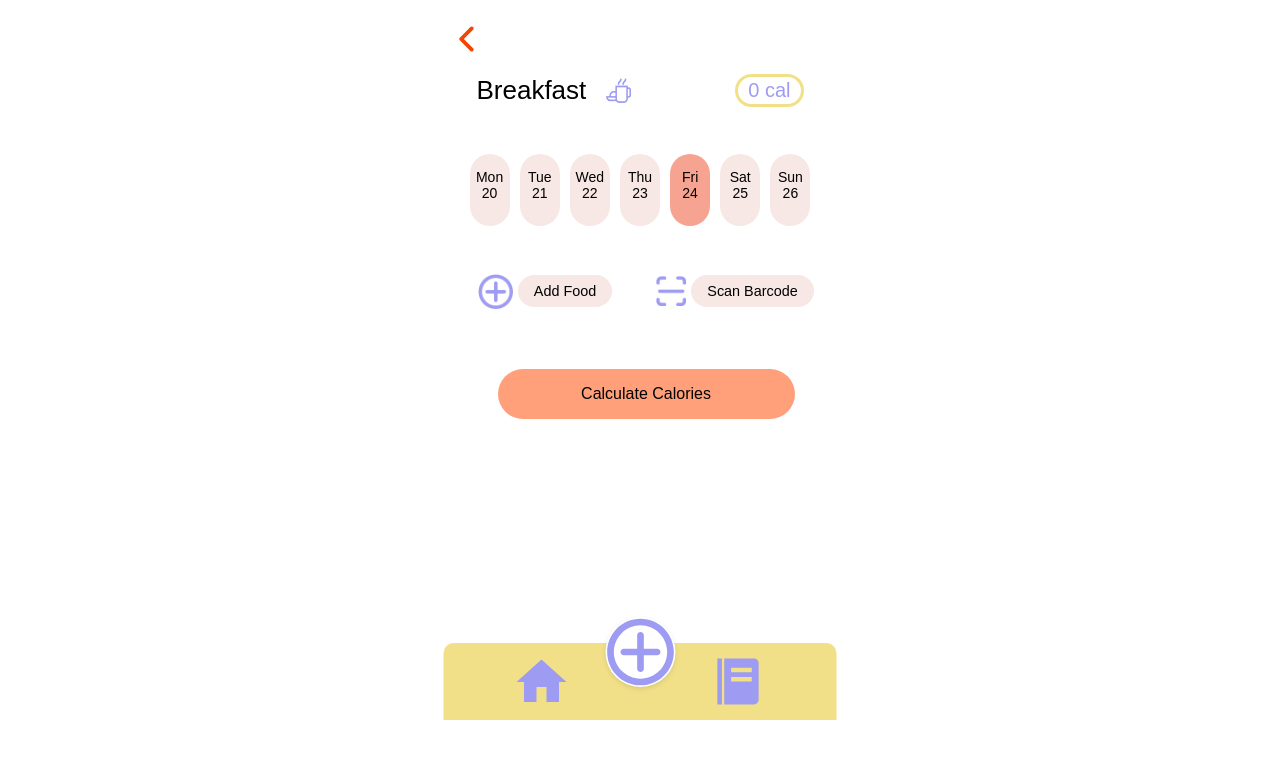
Repository: MeowCeline00/G5-Calorie-Tracker
Page: breakfastAddPage/index.html
An editor plug-in stored every save of this project. The page is shown before and after the next save, followed by the edit.
The browser window is 1280 px wide. The pictures show the whole page.

Above is the page before, as saved 2024-05-26 07:36:17.
Console error: ReferenceError: renderLandingPage is not defined

After the next save:
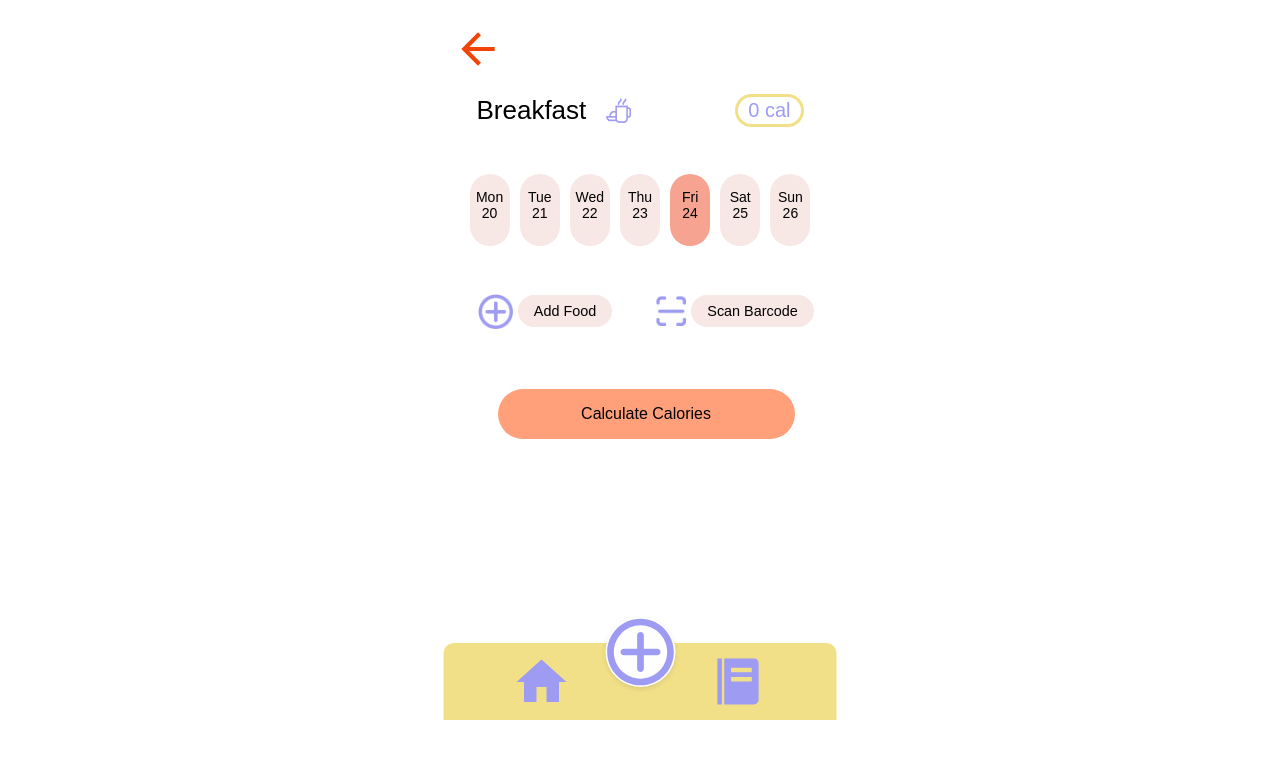
Saved 4 min 24 s later.
--- a/breakfastAddPage/index.html
+++ b/breakfastAddPage/index.html
@@ -11,7 +11,7 @@
 
 <body>
   <div class="container">
-    <a href="/addPage/Add.html" ><img src="/images/prevButton.svg" ></a>
+    <a href="/addPage/Add.html" ><img src="/images/back_button.svg" ></a>
     <header class="header">
       <h1 class="title">Breakfast</h1>
       <img src="/images/breakfast.png" alt="Add Icon" width="25" height="25">
